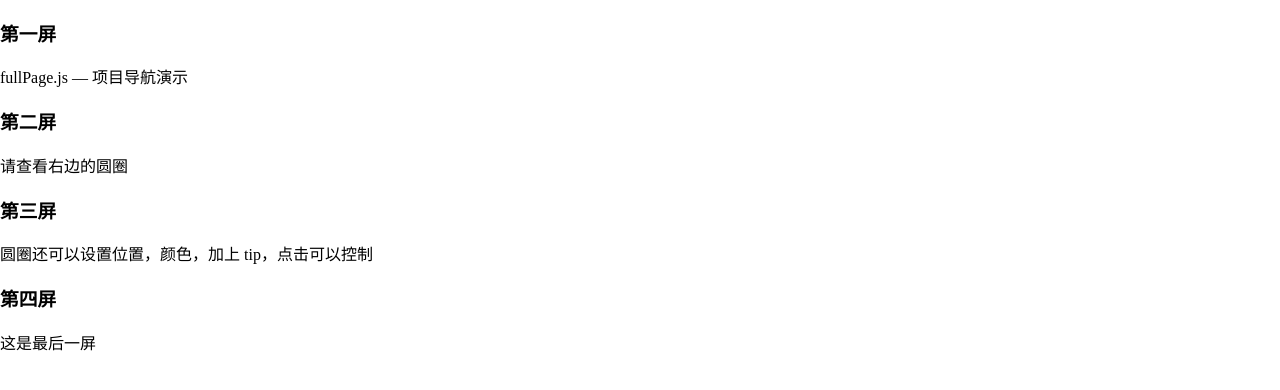
Repository: tfdonna/fontend
Page: js第一阶段/jquery/WebContent/hw02-全屏滚动四屏.html
An editor plug-in stored every save of this project. The page is shown before and after the next save, followed by the edit.
The browser window is 1280 px wide. The pictures show the whole page.

Above is the page before, as saved 2021-09-06 10:21:10.
Console error: ReferenceError: jQuery is not defined

### js第一阶段/jquery/WebContent/hw02-全屏滚动四屏.html
<!DOCTYPE html>
<html>
<head>
	<meta charset="UTF-8">
	<title>Insert title here</title>
	<link rel="stylesheet" href="../fullPage/css/jquery.fullPage.css">
	<script type="text/javascript" src="../fullPage/js/jquery.fullPage.min.js"></script>
	<script>
	$(function(){
	    $('#dowebok').fullpage({
	        sectionsColor: ['#1bbc9b', '#4BBFC3', '#7BAABE', '#f90'],
	        'navigation': true,
	    });
	});
	</script>
</head>
<body>
	<div id="dowebok">
	    <div class="section">
	        <h3>第一屏</h3>
	        <p>fullPage.js — 项目导航演示</p>
	    </div>
	    <div class="section">
	        <h3>第二屏</h3>
	        <p>请查看右边的圆圈</p>
	    </div>
	    <div class="section">
	        <h3>第三屏</h3>
	        <p>圆圈还可以设置位置，颜色，加上 tip，点击可以控制</p>
	    </div>
	    <div class="section">
	        <h3>第四屏</h3>
	        <p>这是最后一屏</p>
	    </div>
	</div>
</body>
</html>

Loaded but not shown: js第一阶段/jquery/WebContent/fullPage/css/jquery.fullPage.css (library); js第一阶段/jquery/WebContent/fullPage/js/jquery.fullPage.min.js (library)

After the next save:
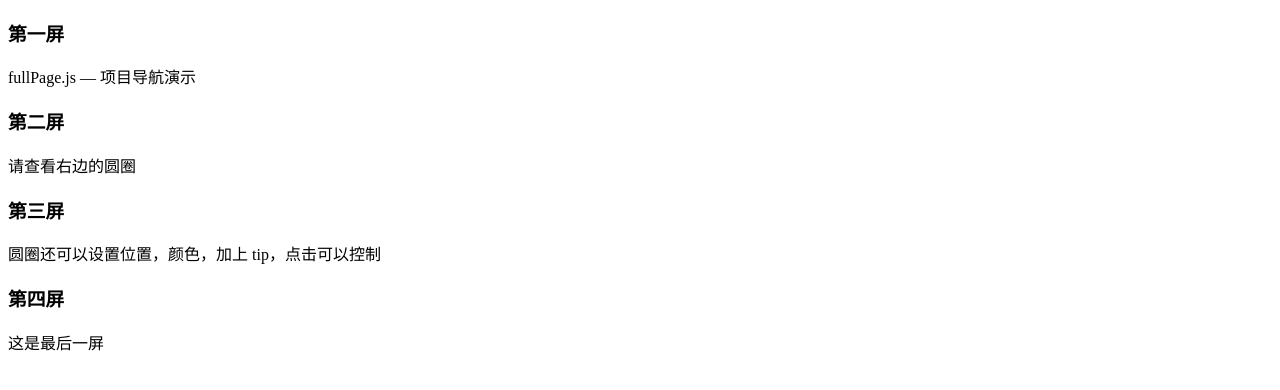
Console error: ReferenceError: $ is not defined
Saved 7 s later.
--- a/js第一阶段/jquery/WebContent/hw02-全屏滚动四屏.html
+++ b/js第一阶段/jquery/WebContent/hw02-全屏滚动四屏.html
@@ -3,8 +3,7 @@
 <head>
 	<meta charset="UTF-8">
 	<title>Insert title here</title>
-	<link rel="stylesheet" href="../fullPage/css/jquery.fullPage.css">
-	<script type="text/javascript" src="../fullPage/js/jquery.fullPage.min.js"></script>
+
 	<script>
 	$(function(){
 	    $('#dowebok').fullpage({
